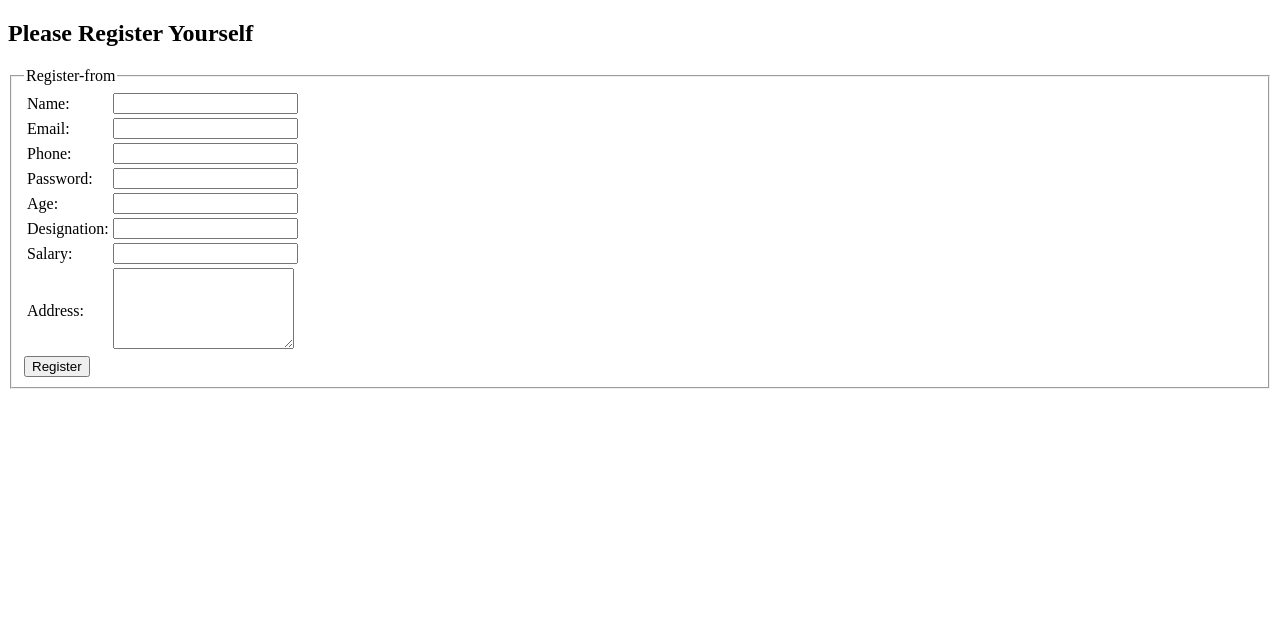
Repository: muzamil-mia/Advance_java_jspiders
Page: employee_servlet_project/src/main/webapp/register.html
These files come from the project's save history. The page is drawn as it stood at one moment and after the next save; the edit follows.
The browser window is 1280 px wide. The pictures show the whole page.

Above is the page before, as saved 2024-02-19 04:50:25.

### employee_servlet_project/src/main/webapp/register.html
<!DOCTYPE html>
<html>
<head>
<meta charset="ISO-8859-1">
<title>Register</title>
</head>
<body>
<h2>Please Register Yourself</h2>
<fieldset>
    <legend>Register-from</legend>
    <form action="save">
      <table>
        <tr>
          <td>Name:</td>
          <td><input type="text" name = "name"></td>
        </tr>
        <tr>
          <td>Email:</td>
          <td><input type="text" name = "email"></td>
        </tr>
        <tr>
          <td>Phone:</td>
          <td><input type="text" name = "phone"></td>
        </tr>
        <tr>
          <td>Password:</td>
          <td><input type="password" name = "password"></td>
        </tr>
        <tr>
          <td>Age:</td>
          <td><input type="number" name = "age"></td>
        </tr>
        <tr>
          <td>Designation:</td>
          <td><input type="text" name = "designation"></td>
        </tr>
        <tr>
          <td>Salary:</td>
          <td><input type="text" name = "salary"></td>
        </tr>
        <tr>
          <td>Address:</td>
          <td><textarea name="address" id="" cols="20" rows="5"></textarea></td>
        </tr>
      </table>
      <button>Register</button>
    </form>
  </fieldset>
</body>
</html>

After the next save:
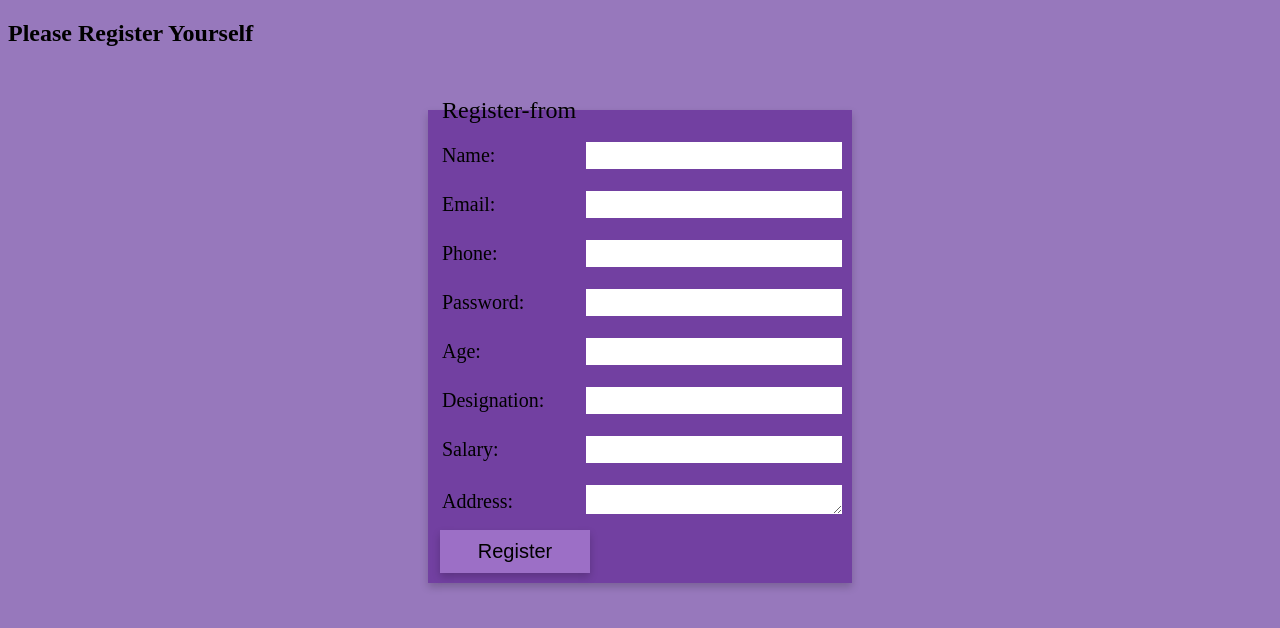
Saved 30 min 31 s later.
--- a/employee_servlet_project/src/main/webapp/register.html
+++ b/employee_servlet_project/src/main/webapp/register.html
@@ -3,6 +3,58 @@
 <head>
 <meta charset="ISO-8859-1">
 <title>Register</title>
+<style>
+body{
+      background-color: rgb(151, 120, 188);
+    }
+    fieldset{
+      width: 400px;
+      margin: auto;
+      margin-top: 50px;
+      border: 2px solid;
+      box-shadow: 0 4px 8px rgba(0, 0, 0, 0.2);
+      border: none;
+      background-color: rgb(114, 64, 161);
+    }
+    legend{
+      font-size: 1.5em;
+    }
+    table{
+      width: 100%;
+    }
+    td{
+      padding: 10px 0;
+      box-sizing: border-box;
+    }
+    form td:first-child{
+      font-size: 20px;
+
+    }
+    input[type = "text"],
+    input[type="password"],
+    input[type="number"],
+    textarea{
+      width: 100%;
+      resize: vertical;
+      height: 25px;
+      border: none;
+    }
+    button{
+      padding: 10px 20px;
+      font-size: 20px;
+      box-shadow: 0 4px 8px rgba(0, 0, 0, 0.2);
+      margin-top: 10px;
+      width: 150px;
+      margin: auto;
+      background-color: rgb(156, 111, 198);
+      border: none;
+    }
+    button:hover{
+      cursor: pointer;
+      background-color: white;
+      transition: all 1s;
+    }
+</style>
 </head>
 <body>
 <h2>Please Register Yourself</h2>
